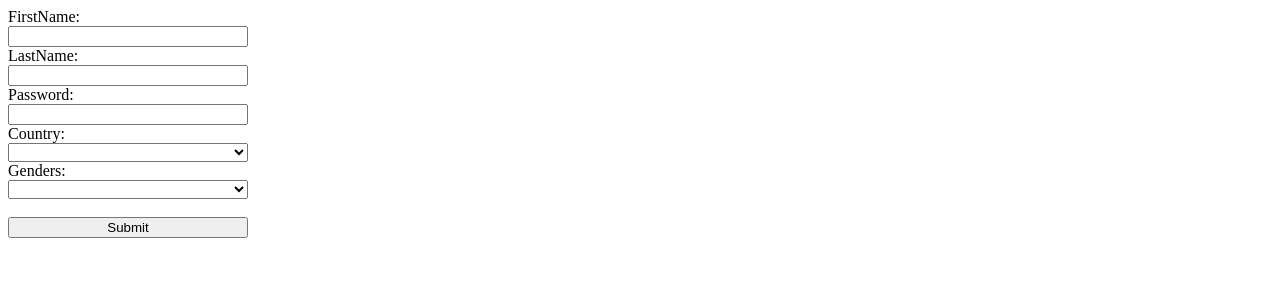
Repository: Vijay-aura/Wicket
Page: wicket-practice/src/main/java/com/form/InputFieldsPage.html
These files come from the project's save history. The page is drawn as it stood at one moment and after the next save; the edit follows.
The browser window is 1280 px wide. The pictures show the whole page.

Above is the page before, as saved 2024-03-05 05:36:51.

### wicket-practice/src/main/java/com/form/InputFieldsPage.html
<!DOCTYPE html>
<html xmlns="http://www.w3.org/1999/xhtml"
	xmlns:wicket=http://wicket.apache.org/dtds.data/wicket-xhtml1.4-strict.dtd>
<head>
<meta charset="ISO-8859-1">
<title>Insert title here</title>
<wicket:head>
	<style>
.form {
	display: flex;
	flex-direction: column;
	width:15rem;
}
</style>
</wicket:head>
</head>
<body>
	<form wicket:id="form" class="form">
		FirstName: <input type="text" wicket:id="firstName"> LastName:
		<input type="text" wicket:id="lastName">
		Password: <input type="password" wicket:id="password">
		Country: <select wicket:id="country"></select>
		Genders: <select wicket:id="gender"></select>
		<br><button wicket:id="button">Submit</button>
	</form>
	<div wicket:id="detailsContainer">
		<span wicket:id="details"></span>
	</div>

</body>
</html>

After the next save:
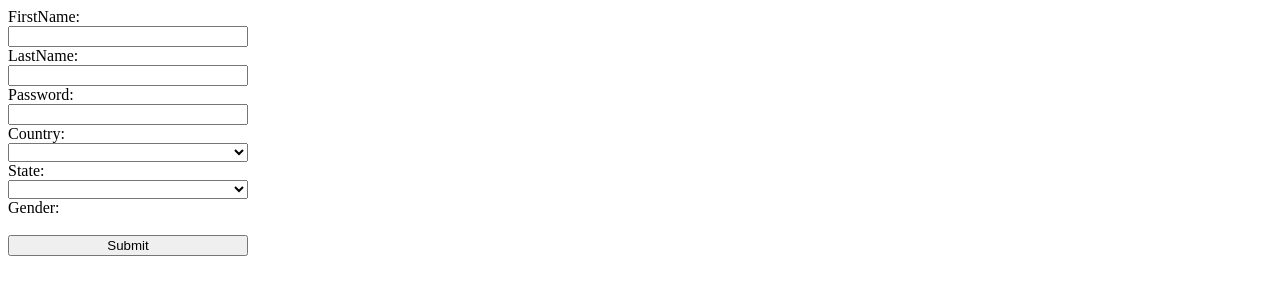
Saved 5 min 19 s later.
--- a/wicket-practice/src/main/java/com/form/InputFieldsPage.html
+++ b/wicket-practice/src/main/java/com/form/InputFieldsPage.html
@@ -20,7 +20,8 @@
 		<input type="text" wicket:id="lastName">
 		Password: <input type="password" wicket:id="password">
 		Country: <select wicket:id="country"></select>
-		Genders: <select wicket:id="gender"></select>
+		State: <select wicket:id="state"></select>
+		Gender: <span wicket:id="gender"></span>
 		<br><button wicket:id="button">Submit</button>
 	</form>
 	<div wicket:id="detailsContainer">
